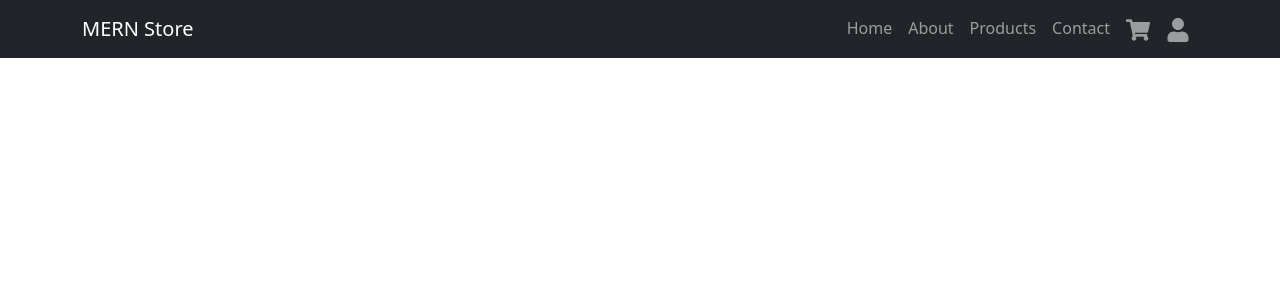
Repository: Attar786/MernStore
Page: / (app in client/)
These files come from the project's save history. The page is drawn as it stood at one moment and after the next save; the edit follows.
The browser window is 1280 px wide. The pictures show the whole page.
The project was rebuilt for these pictures with package versions that can differ from the ones it lists, and the page was loaded fresh each time. Also part of the build but not shown: client/vite.config.js, client/src/App.css, client/src/index.css.

Above is the page before, as saved 2024-07-08 20:49:29.

After the next save:
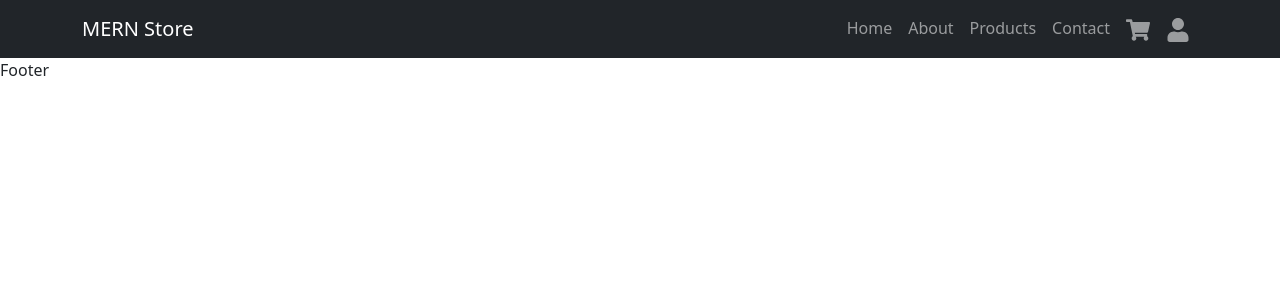
Saved 45 s later.
--- a/client/src/App.jsx
+++ b/client/src/App.jsx
@@ -1,13 +1,15 @@
 import 'bootstrap/dist/css/bootstrap.min.css'
 import './App.css'
 import Header from '../components/Header'
+import Footer from '../components/Footer'
 
 function App() {
 
 
   return (
     <>
-      <Header></Header>
+      <Header/>
+      <Footer/>
 
     </>
   )
